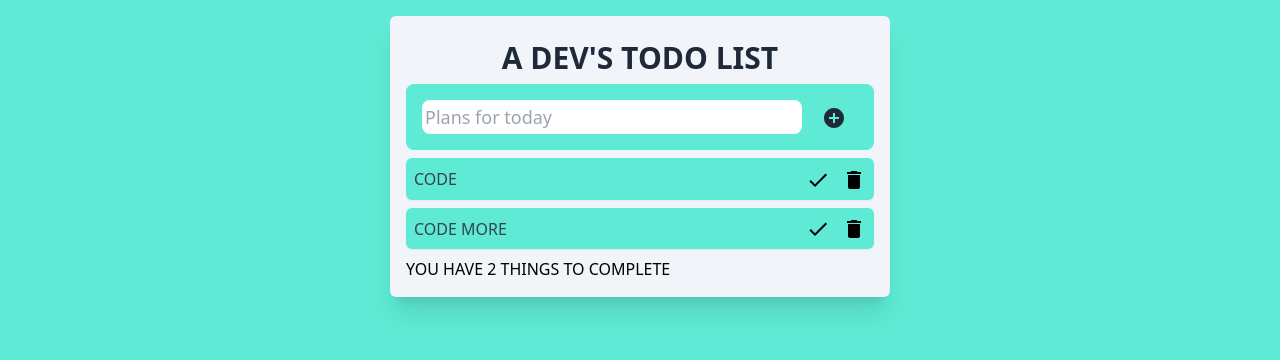
Repository: DevAntonioRogers/React-Todo-CRUD-App
Page: /
An editor plug-in stored every save of this project. The page is shown before and after the next save, followed by the edit.
The browser window is 1280 px wide. The pictures show the whole page.
The project was rebuilt for these pictures with package versions that can differ from the ones it lists, and the page was loaded fresh each time. Also part of the build but not shown: vite.config.ts.

Above is the page before, as saved 2023-05-14 20:08:22.

After the next save:
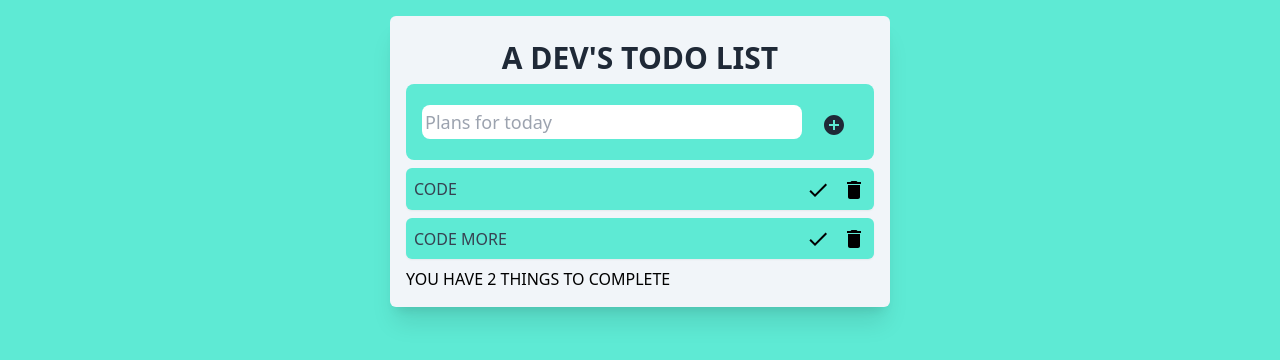
Saved 16 s later.
--- a/src/components/Form.tsx
+++ b/src/components/Form.tsx
@@ -4,7 +4,7 @@
   return (
     <form className="flex justify-between bg-teal-300 p-4 rounded-lg items-center">
       <input className="w-full text-lg rounded-lg p-[3px]" type="text" placeholder="Plans for today" />
-      <button className="ml-2 p-1 px-3 rounded-lg text-gray-800">
+      <button className="ml-2 p-1 px-3 rounded-lg text-gray-800 text-3xl">
         <AddCircleIcon />
       </button>
     </form>

After the save that followed:
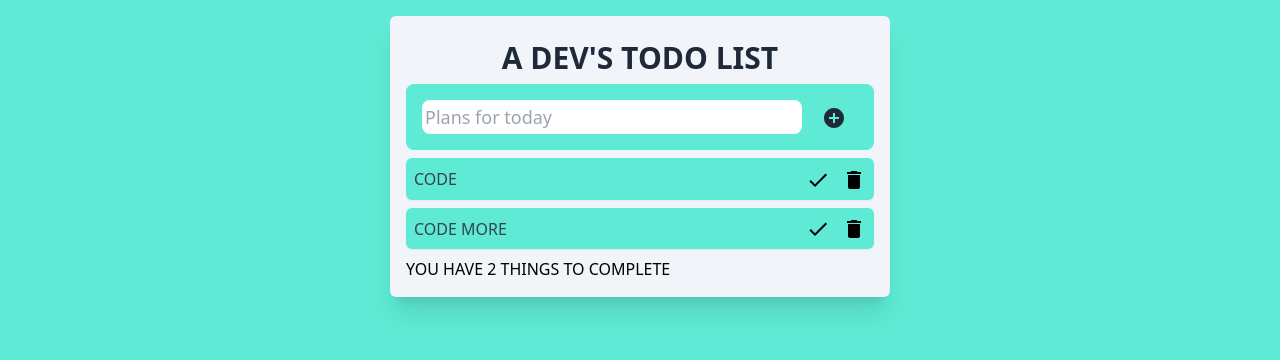
Saved 10 s later.
--- a/src/components/Form.tsx
+++ b/src/components/Form.tsx
@@ -4,7 +4,7 @@
   return (
     <form className="flex justify-between bg-teal-300 p-4 rounded-lg items-center">
       <input className="w-full text-lg rounded-lg p-[3px]" type="text" placeholder="Plans for today" />
-      <button className="ml-2 p-1 px-3 rounded-lg text-gray-800 text-3xl">
+      <button className="ml-2 p-1 px-3 rounded-lg text-gray-800">
         <AddCircleIcon />
       </button>
     </form>
